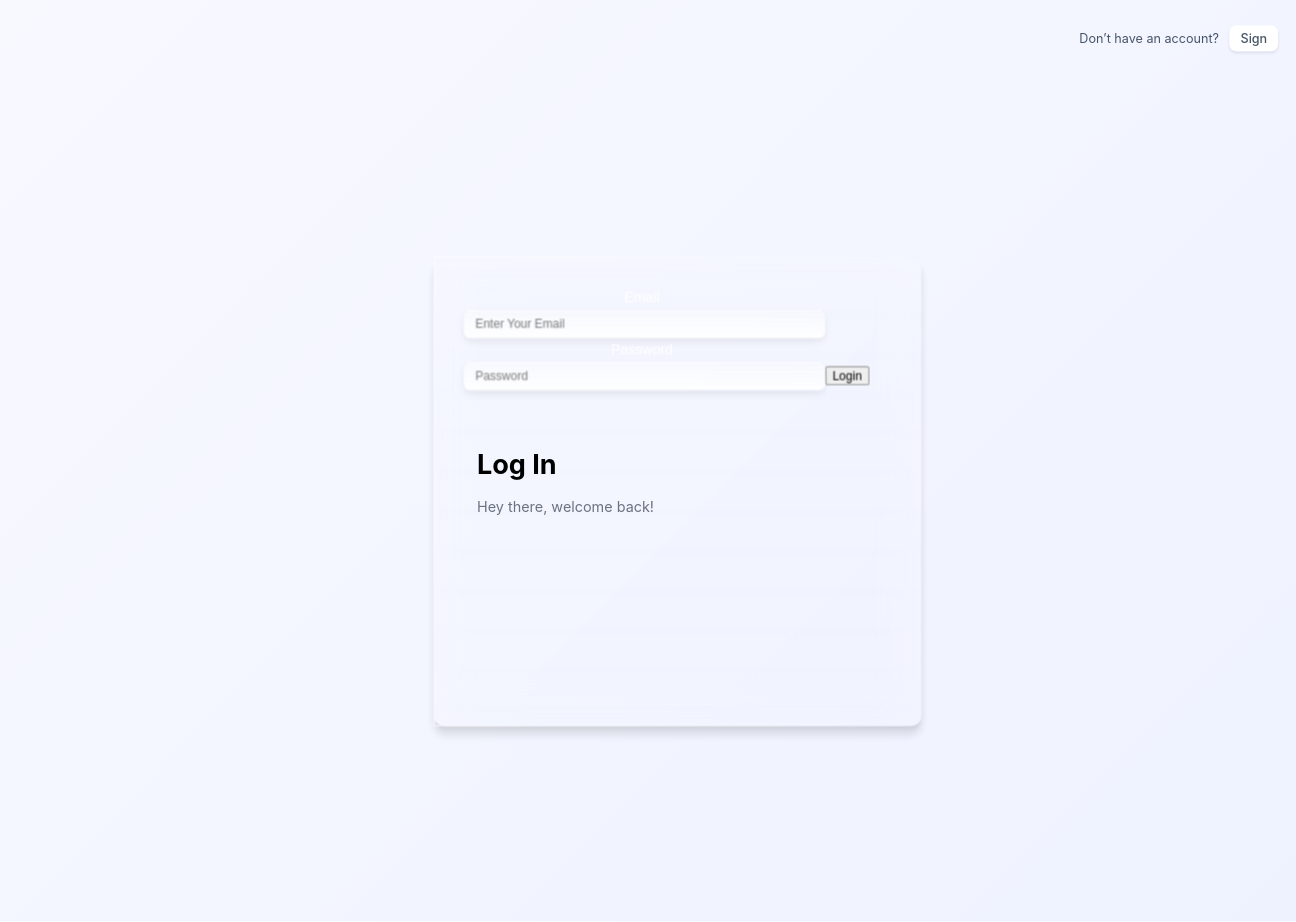
Repository: AfifaNoor/Admin_Panel-React-
Page: /
The author's editor kept a copy of each file at every save. The page is drawn from the files as they stood at one save, then again after the next save.
The browser window is 1280 px wide. The page is 1440 px wide, then 1280 px, so the pictures cover 1440 px, including what lies to the right of the window. The pictures show the whole page, at 90% of full size.
The project was rebuilt for these pictures with package versions that can differ from the ones it lists, and the page was loaded fresh each time. Also part of the build but not shown: src/SignUp.jsx.

Above is the page before, as saved 2025-07-10 16:11:39.

After the next save:
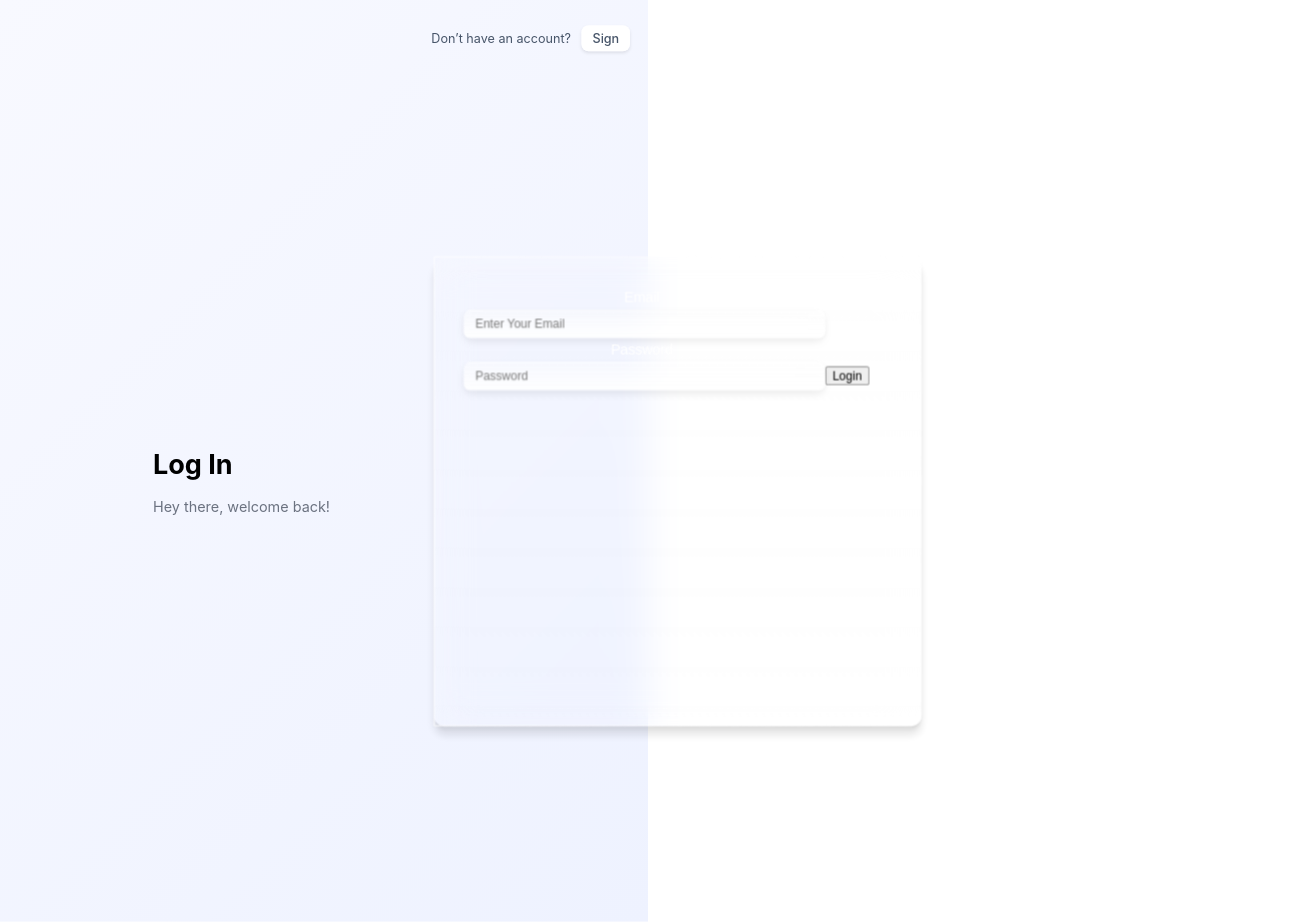
Saved 114 s later.
--- a/src/LoginPage.css
+++ b/src/LoginPage.css
@@ -1,5 +1,5 @@
 .login-container {
-  width: 1440px;
+  width: 100vh;
   height: 1024px;
   /* background: #FFFFFF; */
   opacity: 1;
